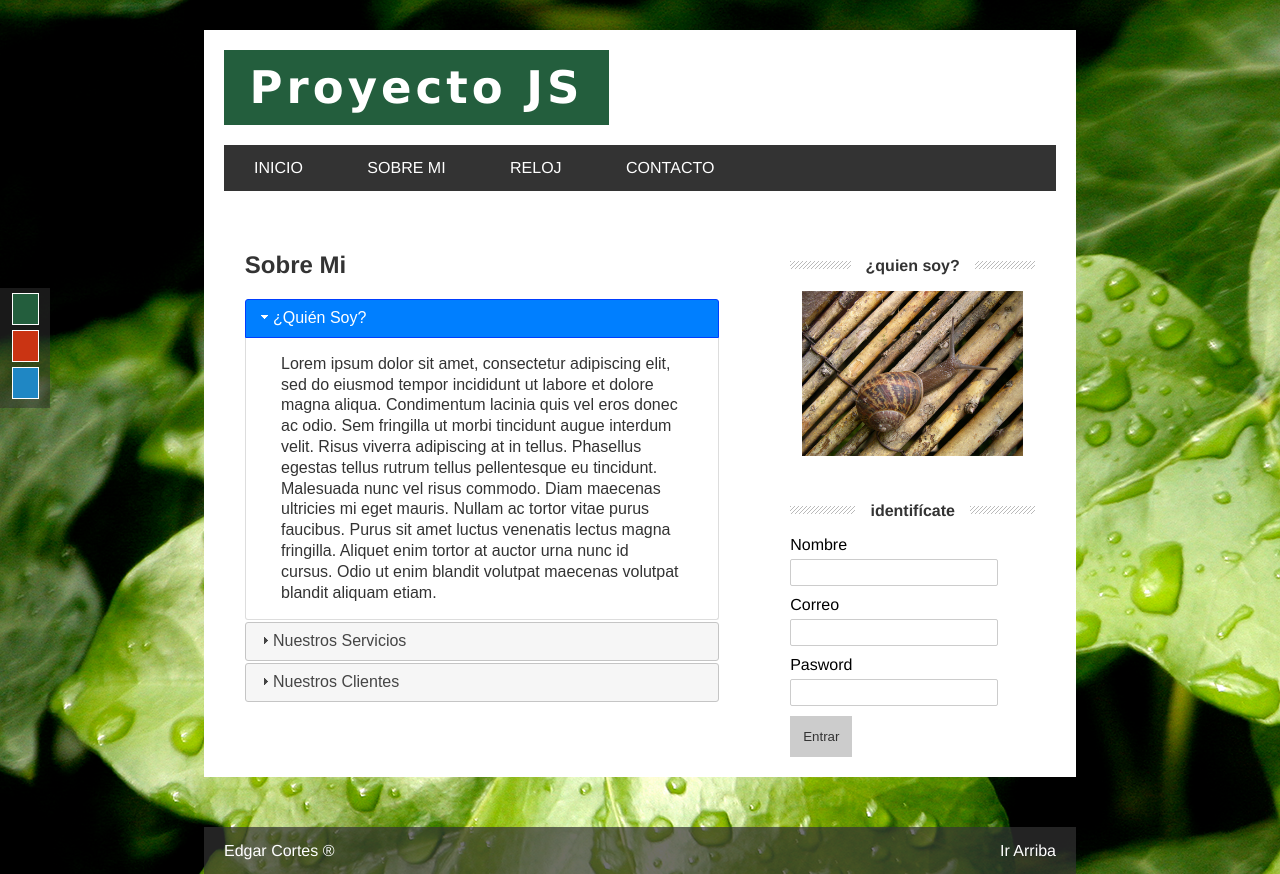
Repository: eucortes/demopage
Page: javascript/Proyecto/About.html
These files come from the project's save history. The page is drawn as it stood at one moment and after the next save; the edit follows.
The browser window is 1280 px wide. The pictures show the whole page.
Backgrounds fixed to the window are drawn as part of the page. Some web libraries are served in a nearby version.

Above is the page before, as saved 2019-09-24 18:54:54.

### javascript/Proyecto/About.html
<!DOCTYPE html>
<html lang="es">

<head>
    <meta charset="UTF-8">
    <meta name="viewport" content="width=device-width, initial-scale=1.0">
    <meta http-equiv="X-UA-Compatible" content="ie=edge">
    <!--
    <meta charset="ISO-8859-1">
         <meta http-equiv="Content-Type" content="text/html;charset=UTF-8" />
        <meta http-equiv="Content-Language" content="es" />
  -->
    <title>Proyecto con Javascript</title>
    <!--Estilos CSS-->
    <link rel="stylesheet" href="css/styles.css">
    <link rel="stylesheet" href="css/styles-about.css">
    <link id="theme" rel="stylesheet" href="css/green.css">
    <!--JQuery-->
    <script src="https://ajax.googleapis.com/ajax/libs/jquery/3.1.1/jquery.min.js"></script>

    <!--JQuery UI-->
    <link rel="stylesheet" href="js/jquery-ui/jquery-ui.min.css" />
    <link rel="stylesheet" href="js/jquery-ui/jquery-ui.structure.min.css" />
    <link rel="stylesheet" href="js/jquery-ui/jquery-ui.theme.min.css" />

    <script type="text/javascript" src="js/jquery-ui/jquery-ui.min.js"></script>




    <!--Mis Scripts-->
    <script type="text/javascript" src="js/about.js"></script>
</head>

<body>
    <div id='theme-selector'>
        <div id='to-green'></div>
        <div id='to-red'></div>
        <div id='to-blue'></div>
    </div>
    <section id='global'>
        <header>
            <div id='logo'>
                <h1>Proyecto JS</h1>
            </div>
            <div class='clearfix'></div>
            <nav id='menu'>
                <ul>
                    <li><a href="index.html">Inicio</a></li>
                    <li><a href="about.html">Sobre Mi</a></li>
                    <li><a href="reloj.html">Reloj</a></li>
                    <li><a href="#">Contacto</a></li>
                </ul>
            </nav>
        </header>
        <!--
    slider
-->

        <section id='content'>
            <div id='box'>
                <!--Cargar acordeon-->
                <h2>Sobre Mi</h2>
                <div id='acordeon'>
                    <h3>¿Quién Soy?</h3>
                    <div>
                        <p>
                            Lorem ipsum dolor sit amet, consectetur adipiscing elit, sed do eiusmod tempor incididunt ut
                            labore et dolore magna
                            aliqua. Condimentum lacinia quis vel eros donec ac odio. Sem fringilla ut morbi tincidunt
                            augue interdum velit. Risus
                            viverra adipiscing at in tellus. Phasellus egestas tellus rutrum tellus pellentesque eu
                            tincidunt. Malesuada nunc vel
                            risus commodo. Diam maecenas ultricies mi eget mauris. Nullam ac tortor vitae purus
                            faucibus. Purus sit amet luctus
                            venenatis lectus magna fringilla. Aliquet enim tortor at auctor urna nunc id cursus. Odio ut
                            enim blandit volutpat
                            maecenas volutpat blandit aliquam etiam.
                        </p>
                    </div>
                    <h3>Nuestros Servicios</h3>
                    <div>
                        <p>
                            Lorem ipsum dolor sit amet, consectetur adipiscing elit, sed do eiusmod tempor incididunt ut
                            labore et dolore magna
                            aliqua. Condimentum lacinia quis vel eros donec ac odio. Sem fringilla ut morbi tincidunt
                            augue interdum velit. Risus
                            viverra adipiscing at in tellus. Phasellus egestas tellus rutrum tellus pellentesque eu
                            tincidunt. Malesuada nunc vel
                            risus commodo. Diam maecenas ultricies mi eget mauris. Nullam ac tortor vitae purus
                            faucibus. Purus sit amet luctus
                            venenatis lectus magna fringilla. Aliquet enim tortor at auctor urna nunc id cursus. Odio ut
                            enim blandit volutpat
                            maecenas volutpat blandit aliquam etiam.
                        </p>
                    </div>
                    <h3>Nuestros Clientes</h3>
                    <div>
                        <p>
                            Lorem ipsum dolor sit amet, consectetur adipiscing elit, sed do eiusmod tempor incididunt ut
                            labore et dolore magna
                            aliqua. Condimentum lacinia quis vel eros donec ac odio. Sem fringilla ut morbi tincidunt
                            augue interdum velit. Risus
                            viverra adipiscing at in tellus. Phasellus egestas tellus rutrum tellus pellentesque eu
                            tincidunt. Malesuada nunc vel
                            risus commodo. Diam maecenas ultricies mi eget mauris. Nullam ac tortor vitae purus
                            faucibus. Purus sit amet luctus
                            venenatis lectus magna fringilla. Aliquet enim tortor at auctor urna nunc id cursus. Odio ut
                            enim blandit volutpat
                            maecenas volutpat blandit aliquam etiam.
                        </p>
                    </div>


                </div>
            </div>
            <aside id='sidebar'>
                <div id='about'>
                    <h4><span>¿quien soy?</span></h4>
                    <img src="img/caracol.jpg" />
                    <p>Aliquam sem et tortor consequat id porta nibh venenatis. Neque volutpat ac tincidunt vitae
                        semper
                    </p>
                </div>
                <div id='login'>
                    <h4><span>identifícate</span></h4>
                    <form action="">
                        <label for='name'>Nombre</label>
                        <input type="text" name="name" id='form_name'>
                        <label for='email'>Correo</label>
                        <input type="text" name="email" id='form_email'>
                        <label for='password'>Pasword</label>
                        <input type="password" name="password" id='form_password'>
                        <input type="submit" value="Entrar" id='boton_entrar'>
                    </form>
                </div>
            </aside>
            <div class='clearfix'></div>
        </section>
    </section>
    <footer>
        Edgar Cortes ®
        <a href="#" class="subir">Ir Arriba</a>
    </footer>
</body>

</html>

### javascript/Proyecto/css/styles.css
* {
    margin: 0px;
    padding: 0px;
    list-style: none;
}

body {
    background: url('../img/hojas.jpg');
    background-attachment: fixed;
}

#global {
    width: 65%;
    margin: 0px auto;
    margin-top: 30px;
    padding: 20px;
    background: white;
    box-shadow: 0px, 0px, 2px, gray
}

h2{
    font-size: 30;
    color: #333;
        font-family: Helvetica, Arial, sans-serif

}
#logo {
    font-family: "Verdana", "Arial";
    font-size: 30px;
    letter-spacing: 4px;
    line-height: 75px;
    background: #235e3d;
    color: white;
    text-align: center;
    width: 385px;
    height: 90;
    float: left;
    margin-bottom: 20px;
}

.clearfix {
    float: none;
    clear: both;
}

#menu {
    font-family: Helvetica, Arial, sans-serif;
    background: #333;
    text-transform: uppercase;
    margin-bottom: 20px;
}

#menu ul {
    line-height: 46px;
    list-style: none;
}

#menu ul li {
    height: 46px;
    display: inline-block;
    transition: all 300ms;
}

#menu ul li:hover {
    background: #235e3d;

}

#menu a {
    display: block;
    color: white;
    text-decoration: none;
    padding-left: 30px;
    padding-right: 30px;
}

#content {
    width: 95%;
    margin: 0px auto;
}

#posts {
    width: 60%;
    float: left;
    font-family: Helvetica, Arial, sans-serif
}

.post {
    padding: 7px;
}

.post h2 {
    font-size: 30;
    color: #333;

}

.post .fecha {
    display: block;
    color: gray;
    margin-top: 5px;
}

.post p {
    margin-top: 10px;
    margin-bottom: 20px;
    line-height: 22px;
    text-align: justify;
}

.button-more {
    font-size: 14px;
    text-align: center;
    display: block;
    padding: 15px;
    background: #235e3d;
    color: white;
    text-decoration: none;
    margin-top: 10px;
    width: 75px;
    margin-bottom: 20px;

}

#sidebar {
    font-family: Helvetica, Arial, sans-serif;
    width: 31%;
    float: right;

}

#sidebar h4 {
    margin-top: 50px;
    margin-bottom: 20px;
    text-align: center;
    line-height: 10px;
    color: #333;
    background: url("../img/lines.png") repeat-x;
}

#sidebar h4 span {
    background: white;
    padding: 15px;
}

#sidebar img {
    width: 90%;
    display: block;
    margin-left: auto;
    margin-right: auto;
}

#sidebar p {
    font-size: 15px;
    text-align: justify;
}
form input[type='text'],
form input[type='password'],
form input[type='email']{
    padding: 5px;
    border-radius: 2px;
    border: 1px solid #ccc;
    width: 80%;
    margin-bottom: 10px;
    margin-top: 5px;
}
form input[type='submit']{
    background: #ccc;
    padding: 10px;
    border: solid #ccc;
    color: #333;
    cursor: pointer;
}
footer{
    font-family: Helvetica, Arial, sans-serif;
    color: white;
    height: 47px;
    background: rgba(51,51,51,0.70);
    margin: 0px auto;
    width: 65%;
    padding-left: 20px;
    padding-right: 20px;
    margin-top: 50px;
    line-height: 47px;
}
.bx-wrapper, .bx-viewport{
    height: 250px !important;

}
#theme-selector{
    position: fixed;
    top:40%;
    background: rgba(51,51,51,0.5);
    width:50px;
    height: 120px;
}
#to-green,
#to-red,
#to-blue{
    width: 25px;
    height: 30px;
    border: 1px solid white;
    display: block;
   margin: 0px auto;
   margin-top: 5px;
   margin-bottom: 5px;
   cursor: pointer;
}
#to-green{
    background: #235e3d;
}
#to-red{
    background: #ca3413;
}#to-blue{
    background: #1f87c4;
}
.subir{
    color: white;
    text-decoration: none;
    display: block;
    float: right;

}

### javascript/Proyecto/css/styles-about.css
#box{
    width: 60%;
    float: left;
    margin-top: 40px;
}
#acordeon{
    margin-top: 20px;
}

### javascript/Proyecto/css/green.css
body {
    background: url('../img/hojas.jpg');
    background-attachment: fixed;
}

#logo {
    background: #235e3d;
}
#menu ul li:hover {
    background: #235e3d;
}

.button-more {
    background: #235e3d;
}

### javascript/Proyecto/js/about.js
$(document).ready(function () {

    //selector de tema
    let theme = $("#theme")

    $("#to-green").click(function () {
        theme.attr("href", "css/green.css")
    })
    $("#to-blue").click(function () {
        theme.attr("href", "css/blue.css")
    })
    $("#to-red").click(function () {
        theme.attr("href", "css/red.css")
    })

    //scroll arriba
    $(".subir").click(function (e) {
        e.preventDefault();
        $("html, body").animate({
            scrollTop: 0
        }, 500);
        return false;
    });

    //login false
    $("#login form").submit(function (e) {
        ///  $("boton_entrar").click(function(e){
        //     e.preventDefault()
        let form_name = $("#form_name").val();
        localStorage.setItem("form_name", form_name)
        //    console.log(form_name)

    })


    function ActualizaLogin() {
        let form_name = localStorage.getItem("form_name")
        if (form_name != null && form_name != undefined) {
            let about_parrafo = $("#about p")
            about_parrafo.html("<br><strong>Bienvenido " + form_name + "</strong><br>");
            about_parrafo.append("<a href='#' id='logout'>Cerrar Sesión</a>")
            $("#login").hide()
        } else {
            let about_parrafo = $("#about p")
            about_parrafo.html("");
            $("#login").show()

        }
    }
    ActualizaLogin()

    $("#logout").click(function (e) {
        e.preventDefault();
        localStorage.removeItem("form_name")
        //  location.reload
        ActualizaLogin()
        return false;
    })
    $("#acordeon").accordion()


})

Loaded but not shown: javascript/Proyecto/js/jquery-ui/jquery-ui.min.css (library); javascript/Proyecto/js/jquery-ui/jquery-ui.structure.min.css (library); javascript/Proyecto/js/jquery-ui/jquery-ui.theme.min.css (library); javascript/Proyecto/js/jquery-ui/jquery-ui.min.js (library)

After the next save:
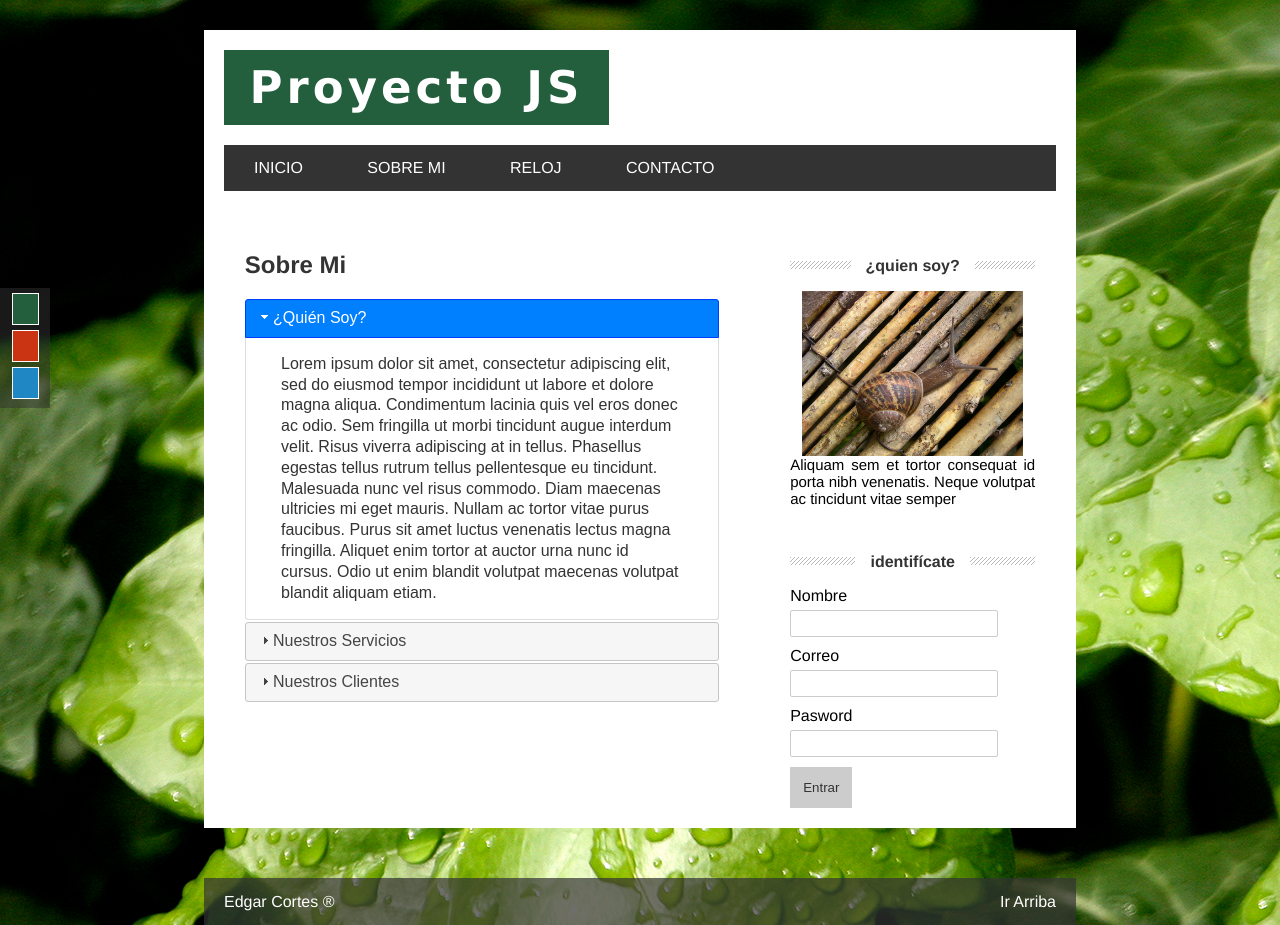
Saved 29 s later.
--- a/javascript/Proyecto/js/about.js
+++ b/javascript/Proyecto/js/about.js
@@ -1,61 +1,5 @@
 $(document).ready(function () {
 
-    //selector de tema
-    let theme = $("#theme")
-
-    $("#to-green").click(function () {
-        theme.attr("href", "css/green.css")
-    })
-    $("#to-blue").click(function () {
-        theme.attr("href", "css/blue.css")
-    })
-    $("#to-red").click(function () {
-        theme.attr("href", "css/red.css")
-    })
-
-    //scroll arriba
-    $(".subir").click(function (e) {
-        e.preventDefault();
-        $("html, body").animate({
-            scrollTop: 0
-        }, 500);
-        return false;
-    });
-
-    //login false
-    $("#login form").submit(function (e) {
-        ///  $("boton_entrar").click(function(e){
-        //     e.preventDefault()
-        let form_name = $("#form_name").val();
-        localStorage.setItem("form_name", form_name)
-        //    console.log(form_name)
-
-    })
-
-
-    function ActualizaLogin() {
-        let form_name = localStorage.getItem("form_name")
-        if (form_name != null && form_name != undefined) {
-            let about_parrafo = $("#about p")
-            about_parrafo.html("<br><strong>Bienvenido " + form_name + "</strong><br>");
-            about_parrafo.append("<a href='#' id='logout'>Cerrar Sesión</a>")
-            $("#login").hide()
-        } else {
-            let about_parrafo = $("#about p")
-            about_parrafo.html("");
-            $("#login").show()
-
-        }
-    }
-    ActualizaLogin()
-
-    $("#logout").click(function (e) {
-        e.preventDefault();
-        localStorage.removeItem("form_name")
-        //  location.reload
-        ActualizaLogin()
-        return false;
-    })
     $("#acordeon").accordion()
 
 
